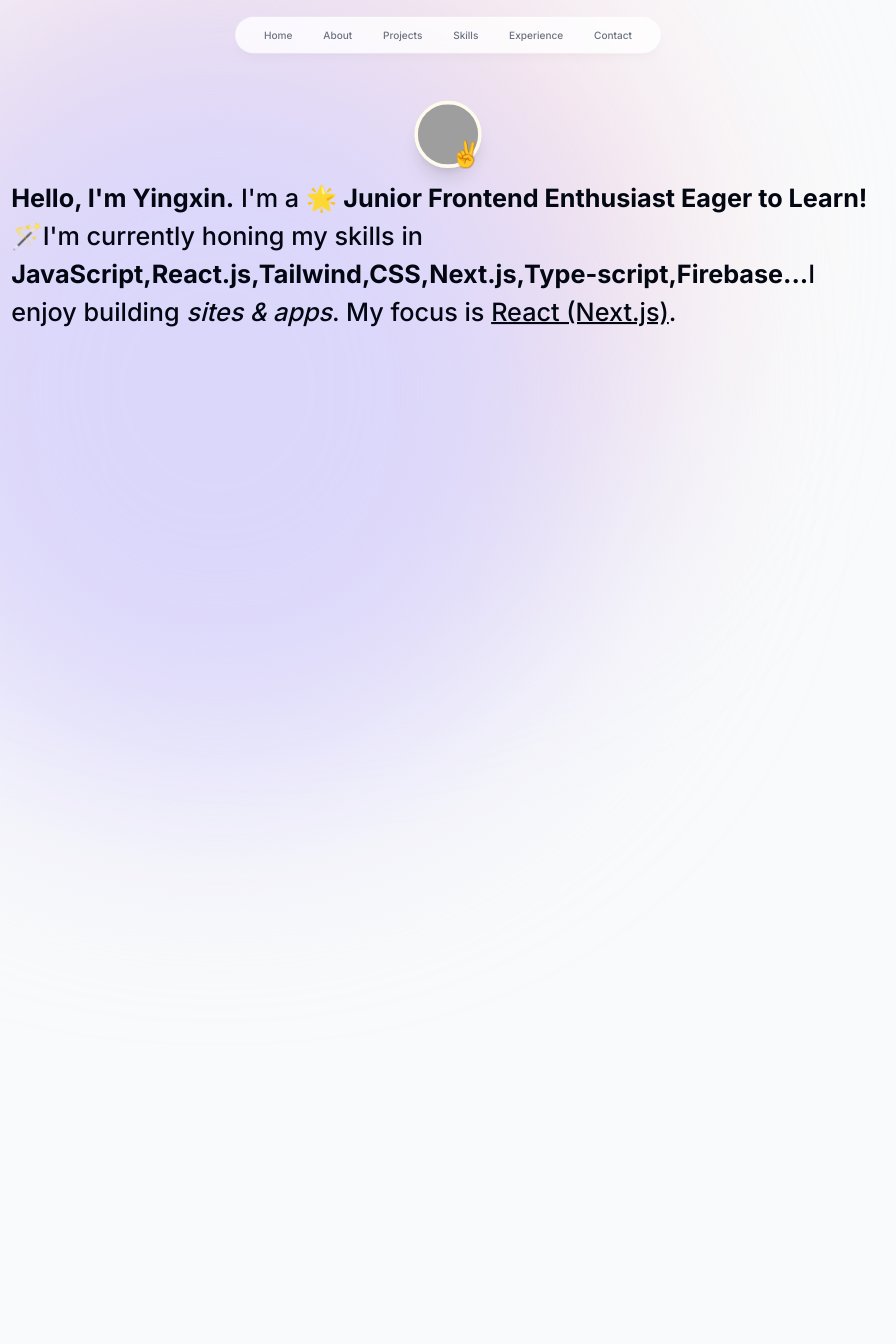
Repository: Tracy-maker/portfolio_website
Page: /
These files come from the project's save history. The page is drawn as it stood at one moment and after the next save; the edit follows.
The browser window is 1280 px wide. The pictures show the part of the page from y = 0 to 1920 px (the page is 5000 px tall), at 70% of full size.
Pictures or frames that could not be fetched are drawn as grey boxes. The project was rebuilt for these pictures with package versions that can differ from the ones it lists, and the page was loaded fresh each time. The framework's server and built-in components were replaced by stand-ins that run in the browser. Also part of the build but not shown: next.config.js.

Above is the page before, as saved 2023-10-02 17:51:44.

After the next save:
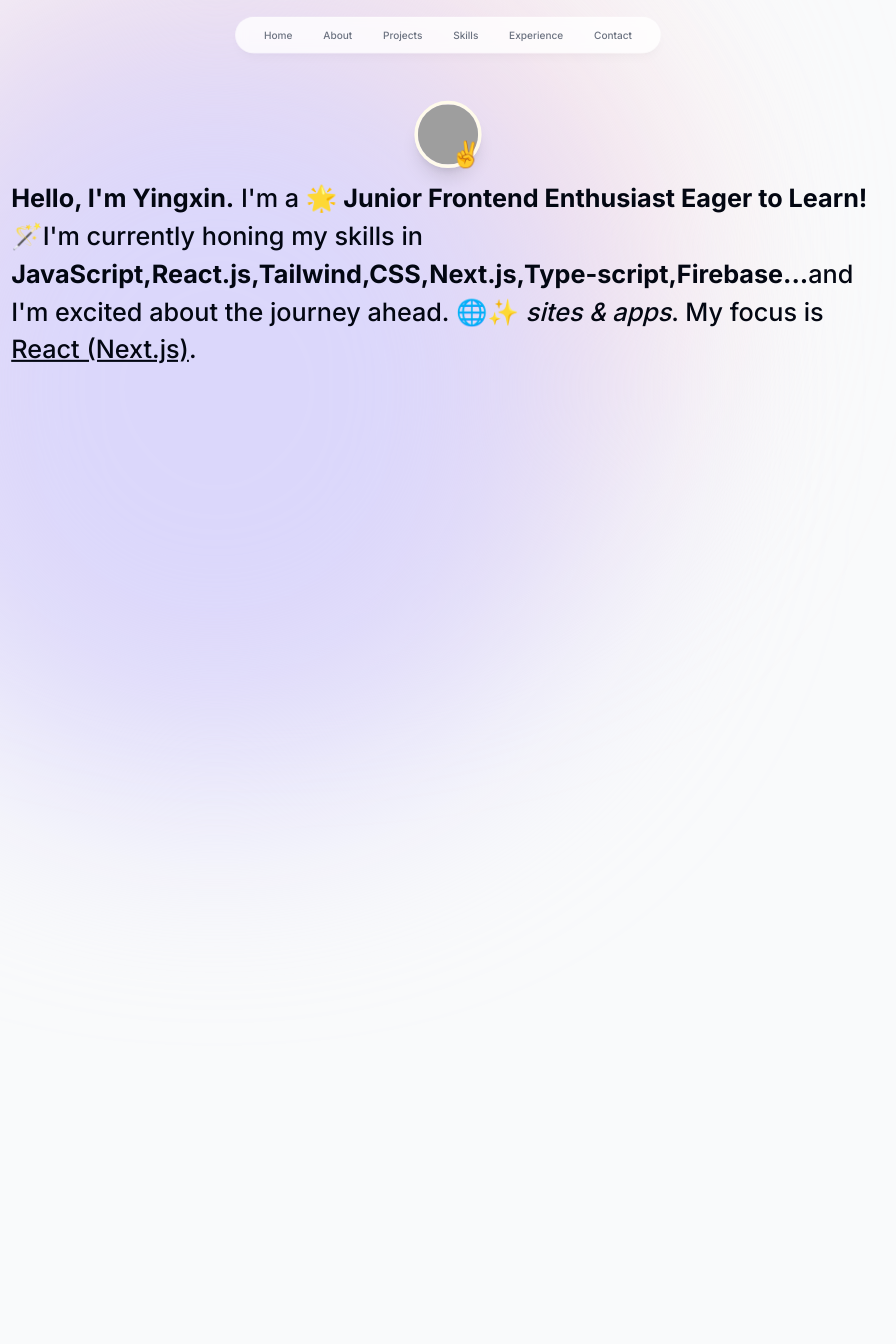
Saved 2 min 4 s later.
--- a/components/intro.tsx
+++ b/components/intro.tsx
@@ -56,7 +56,7 @@
         <span className="font-bold">
           {""} JavaScript,React.js,Tailwind,CSS,Next.js,Type-script,Firebase...
         </span>
-        I enjoy building <span className="italic">sites & apps</span>. My focus
+        and I'm excited about the journey ahead. 🌐✨ <span className="italic">sites & apps</span>. My focus
         is <span className="underline">React (Next.js)</span>.
       </motion.h1>
     </section>
